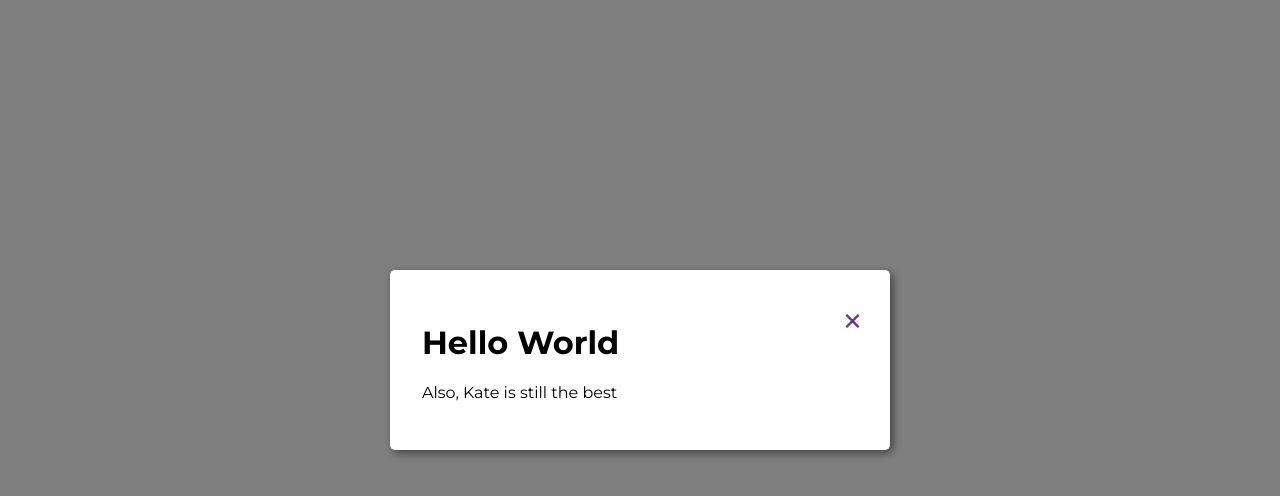
Repository: kate30980/js-practice
Page: popup-modal/index.html
The author's editor kept a copy of each file at every save. The page is drawn from the files as they stood at one save, then again after the next save.
The browser window is 1280 px wide. The pictures show the whole page.

Above is the page before, as saved 2021-08-28 23:24:44.

### popup-modal/index.html
<!DOCTYPE html>
<html lang="en">

<head>
    <meta charset="UTF-8">
    <meta http-equiv="X-UA-Compatible" content="IE=edge">
    <meta name="viewport" content="width=device-width, initial-scale=1.0">
    <title>Popup-Modal</title>
    <link rel="stylesheet" href="style.css">
    <script src="script.js" defer></script>
</head>

<body>
    <button id="open">Open</button>

    <div class="popup-container">
        <div class="popup">
            <button id="close">&times;</button>
            <h1>Hello World</h1>
            <p>Also, Kate is still the best</p>
        </div>
    </div>
</body>

</html>

### popup-modal/style.css
 @import url('https://fonts.googleapis.com/css2?family=Montserrat:wght@300;400;600;700&display=swap');
*{
    box-sizing: border-box;
}
body{
    display: flex;
    align-items: center;
    justify-content: center;
    font-family: 'Montserrat', sans-serif;
    margin: 0;
    min-height:100vh;
}
button{
    background-color: rebeccapurple;
    color: white;
    padding: 1rem;
    border-radius: 4px;
    border:none !important;
    font-family: inherit;
    cursor: pointer;
}
.popup-container{
    position: fixed;
    top: 0;left: 0;bottom: 0;right: 0;
    background-color: rgba(0,0,0,0.5);
    display: flex;
    justify-content: center;
    align-items: center;
}
.popup{
    border-radius: 5px;
    background-color: white;
    padding: 2rem;
    width: 500px;
    box-shadow: 3px 3px 10px rgba(0,0,0,0.5);
    position: relative;
}
.popup button{
    background-color: white;
    color: rebeccapurple;
    font-size: 2.5rem;
    position: absolute;
    top: 10px;
    right: 10px;
}

Loaded but not shown: popup-modal/script.js (no stored copy; drawn as an empty file)

After the next save:
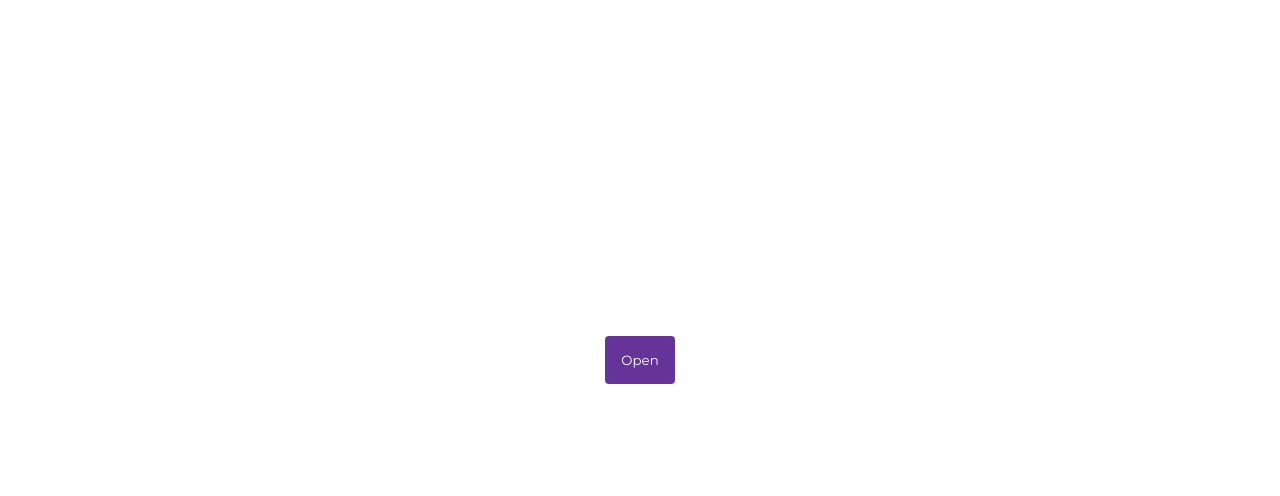
Saved 49 s later.
--- a/popup-modal/style.css
+++ b/popup-modal/style.css
@@ -25,7 +25,10 @@
     background-color: rgba(0,0,0,0.5);
     display: flex;
     justify-content: center;
-    align-items: center;
+    align-items: center;display: none;
+}
+.popup-container.active{
+    display: flex;
 }
 .popup{
     border-radius: 5px;
